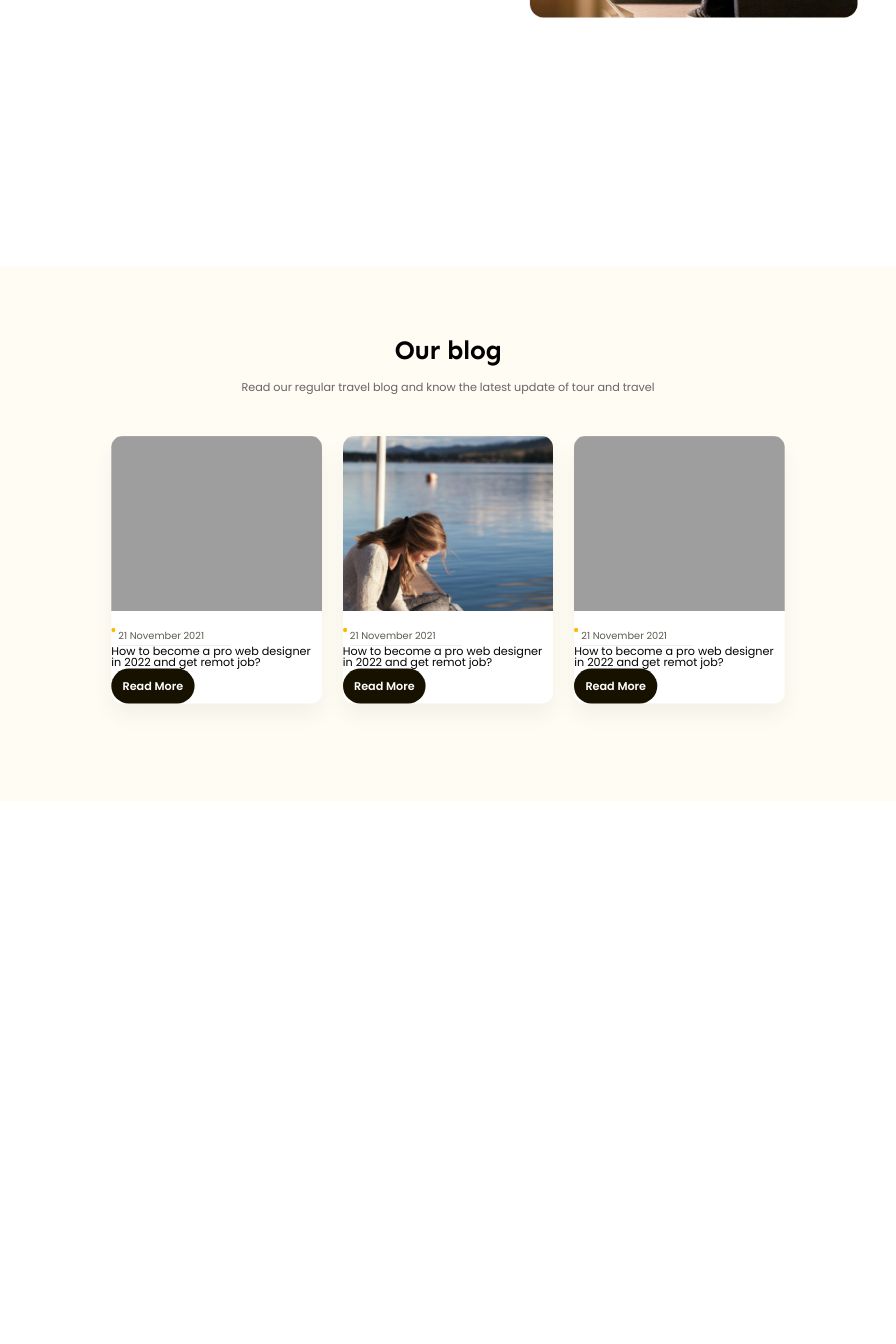
Repository: Toihoclaptrinh/duan1_figma
Page: index.html
These files come from the project's save history. The page is drawn as it stood at one moment and after the next save; the edit follows.
The browser window is 1280 px wide. The pictures show the part of the page from y = 3600 to 5520 px (the page is 10000 px tall), at 70% of full size.
Pictures or frames that could not be fetched are drawn as grey boxes.

Above is the page before, as saved 2024-02-17 03:17:28.

After the next save:
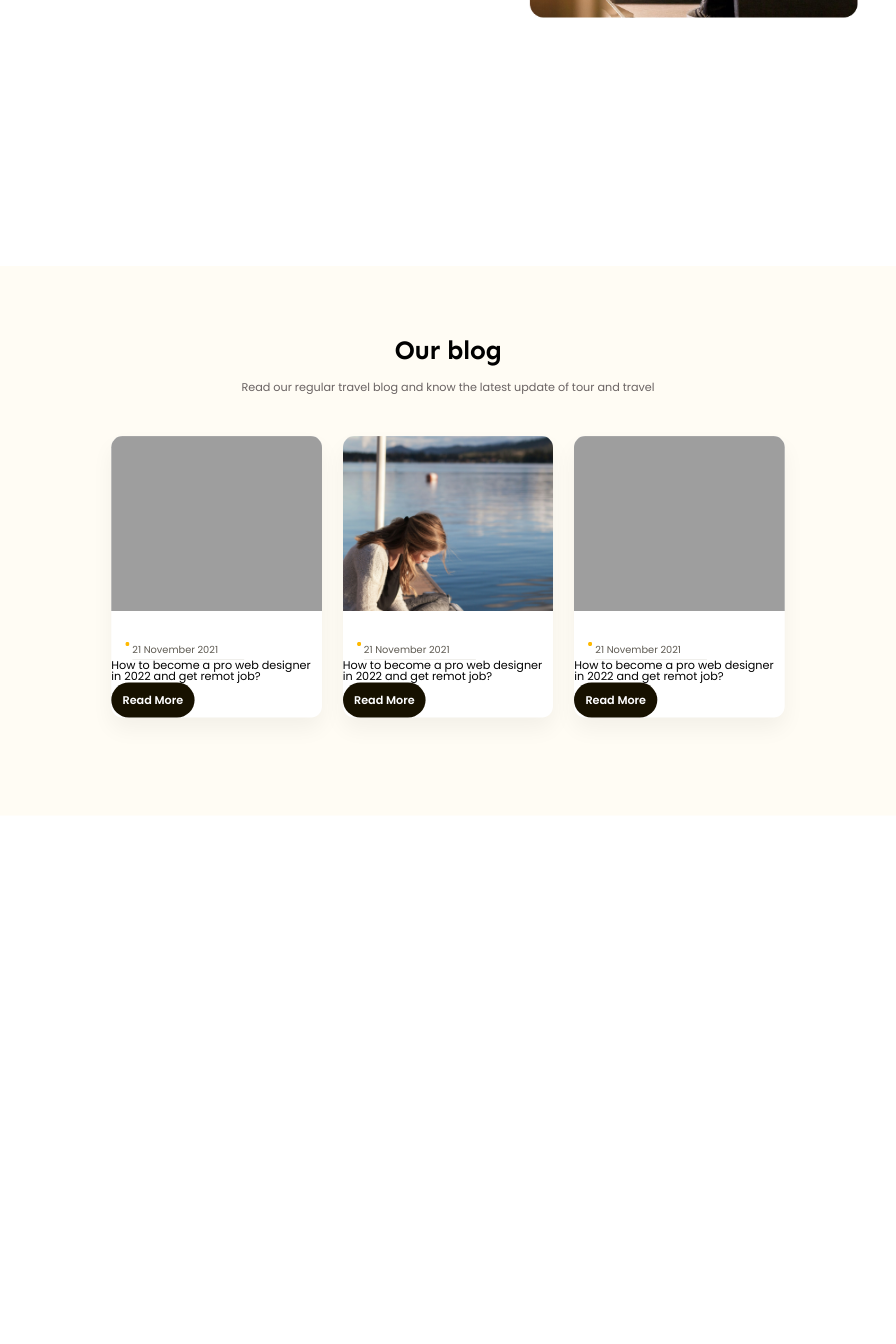
Saved 5 s later.
--- a/assets/css/style.css
+++ b/assets/css/style.css
@@ -642,8 +642,8 @@ a {
   display: flex;
   gap: 4px;
   align-items: center;
-  margin-top: 20;
-  margin-left: 20;
+  margin-top: 20px;
+  margin-left: 20px;
 }
 
 .blog-item .blog-content .date::after {
